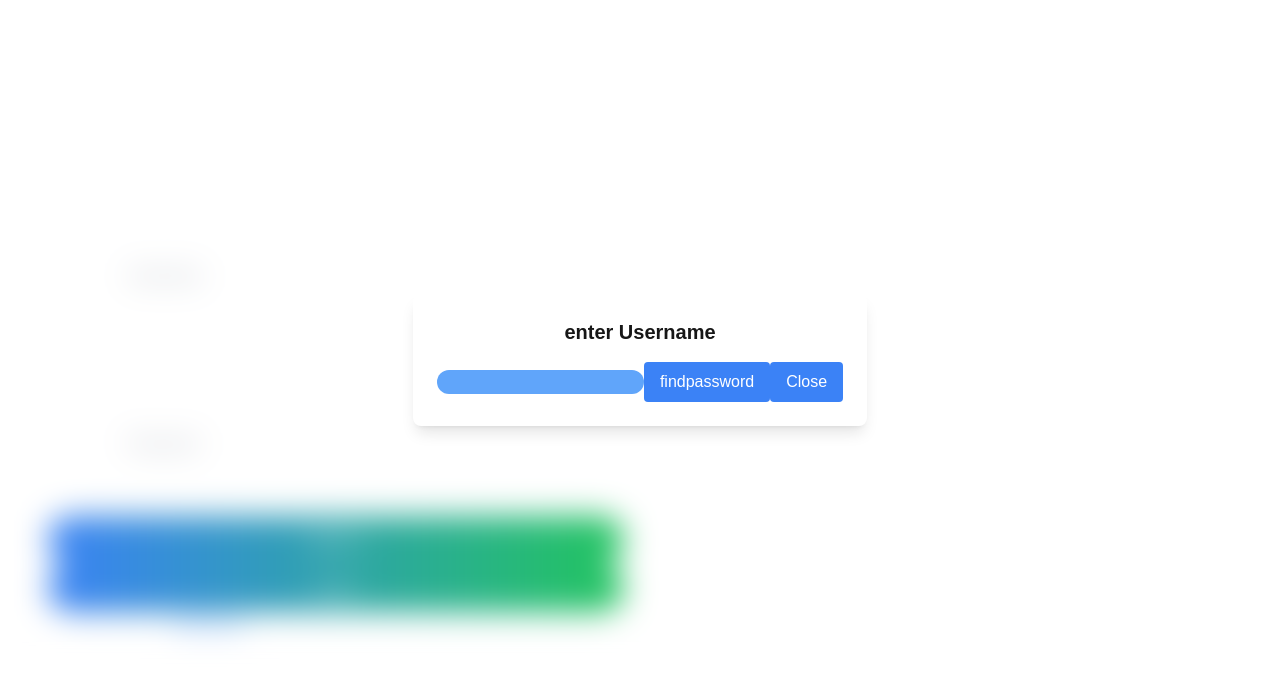
Repository: oxniw/usingmoney
Page: /signin, after clicking the first element matching `span.text-blue-500`
An editor plug-in stored every save of this project. The page is shown before and after the next save, followed by the edit.
The browser window is 1280 px wide. The pictures show the whole page.
The project was rebuilt for these pictures with package versions that can differ from the ones it lists, and the page was loaded fresh each time. The framework's server and built-in components were replaced by stand-ins that run in the browser. Also part of the build but not shown: next.config.ts. Imported but missing from the stored project, and not drawn on this page: components/ui/wavy-background.

Above is the page before, as saved 2025-04-09 18:57:36.

After the next save:
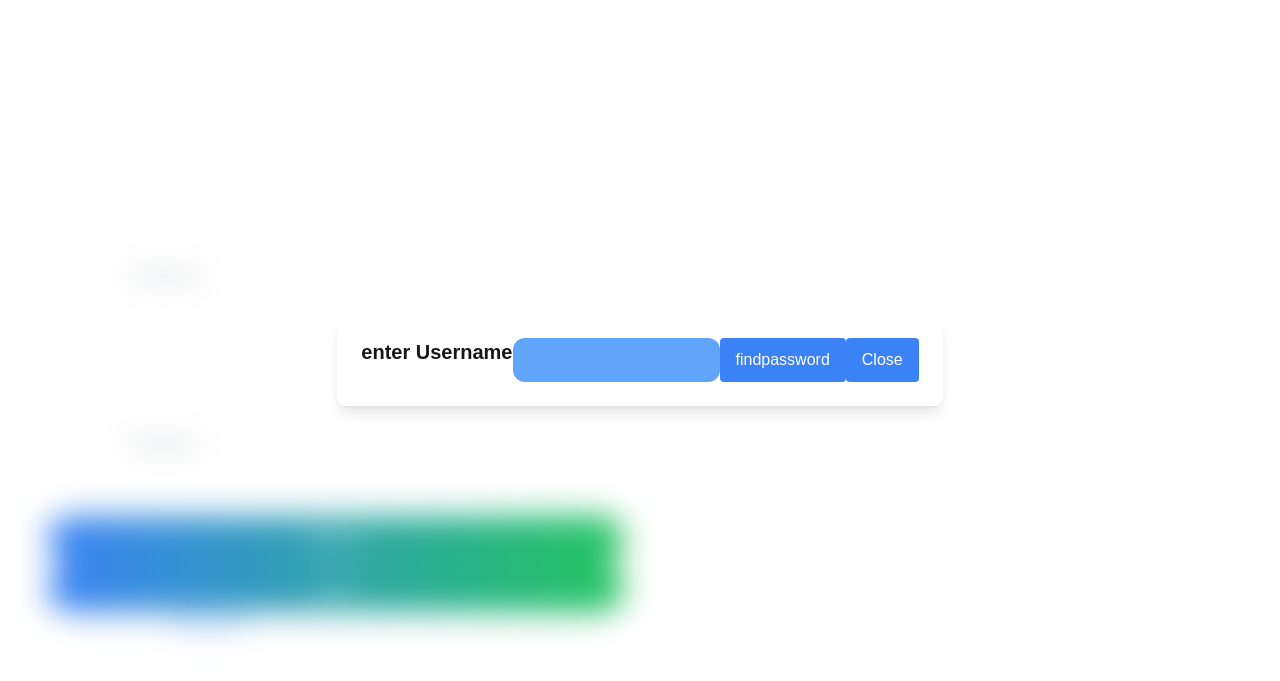
Saved 15 s later.
--- a/src/app/signin/opop.jsx
+++ b/src/app/signin/opop.jsx
@@ -17,7 +17,7 @@ function opoup({ onClose }) {
     }
   return (
     <div className={`fixed inset-0 flex items-center justify-center z-50 shadow-lg bg-gradient-to-r bg-opacity-10 backdrop-blur-lg transition-all duration-300 fadein ${fadeOut ? "opacity-0" : "opacity-100"} `}>
-      <div className="bg-white p-6 rounded-lg shadow-lg text-center ">
+      <div className="bg-white p-6 rounded-lg shadow-lg text-center flex">
         <h2 className="text-xl font-bold mb-4">enter Username</h2>
         <input type="text" className="bg-blue-400 rounded-xl"/>
         <button
